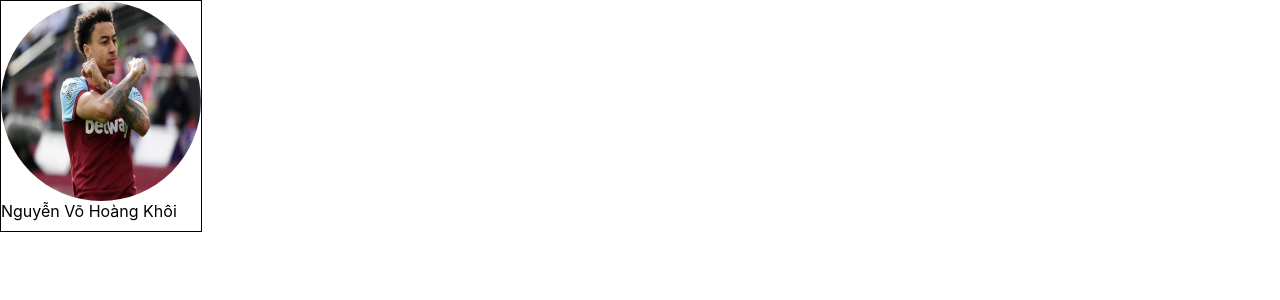
Repository: khoibanh113/mycv
Page: /
An editor plug-in stored every save of this project. The page is shown before and after the next save, followed by the edit.
The browser window is 1280 px wide. The pictures show the whole page.
The project was rebuilt for these pictures with package versions that can differ from the ones it lists, and the page was loaded fresh each time.

Above is the page before, as saved 2021-03-29 16:58:52.

After the next save:
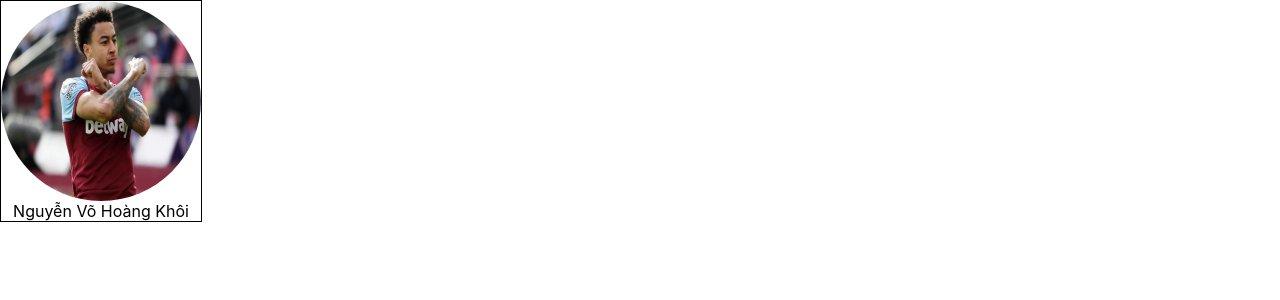
Saved 46 s later.
--- a/src/css/avatar.css
+++ b/src/css/avatar.css
@@ -14,5 +14,6 @@
 }
 
 .nameContainer{
-    margin: auto auto 10px auto;
+    text-align: center;
+
 }
